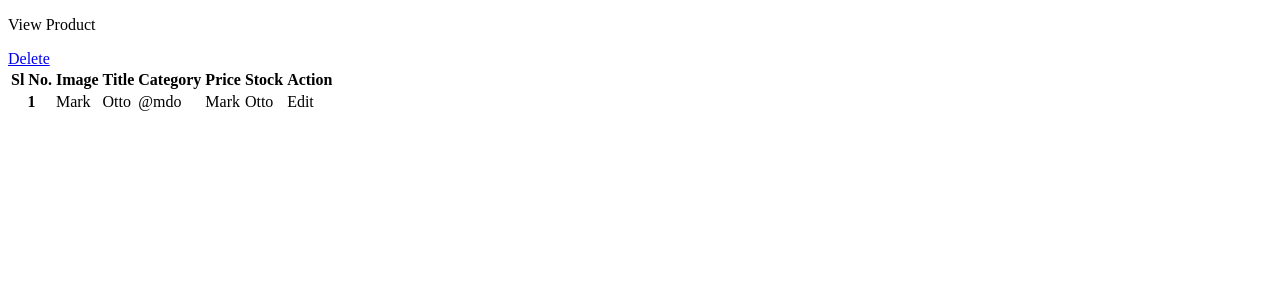
Repository: Chandnim0712/Ecommerce-Spring-Boot-Project
Page: http://localhost/admin/products
These files come from the project's save history. The page is drawn as it stood at one moment and after the next save; the edit follows.
The browser window is 1280 px wide. The pictures show the whole page.
The page is this project's Thymeleaf template; nobody is signed in. The template is opened directly, without the code that normally fills it, so the values that code supplies are empty.

Above is the page before, as saved 2025-06-11 14:57:23.

After the next save:
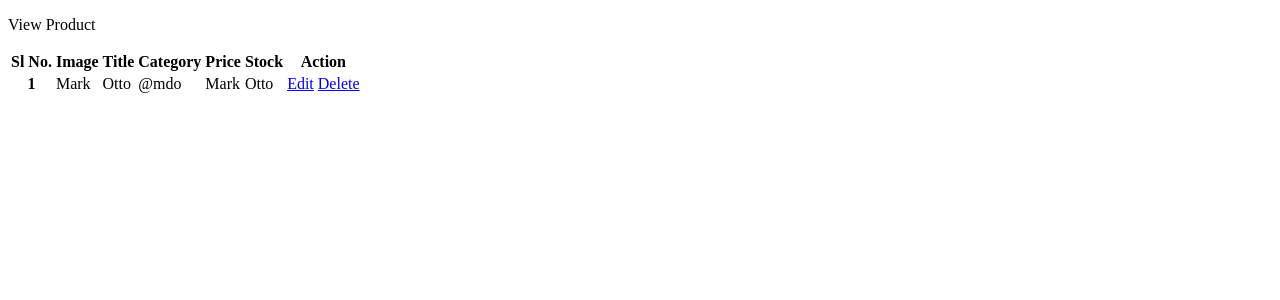
Saved 46 s later.
--- a/Shopping_Cart/src/main/resources/templates/admin/products.html
+++ b/Shopping_Cart/src/main/resources/templates/admin/products.html
@@ -33,9 +33,9 @@
 								<td>@mdo</td>
 								<td>Mark</td>
 								<td>Otto</td>
-								<td><a href="#" class="btn btn-sm btn-primary"></a>Edit</td>
-								<a href="#" class="btn btn-sm btn-dangery">Delete</a>
-								</td>
+								<td><a href="#" class="btn btn-sm btn-primary">Edit</a> <a
+									href="#" class="btn btn-sm btn-danger">Delete</a></td>
+
 							</tr>
 						</tbody>
 					</table>
